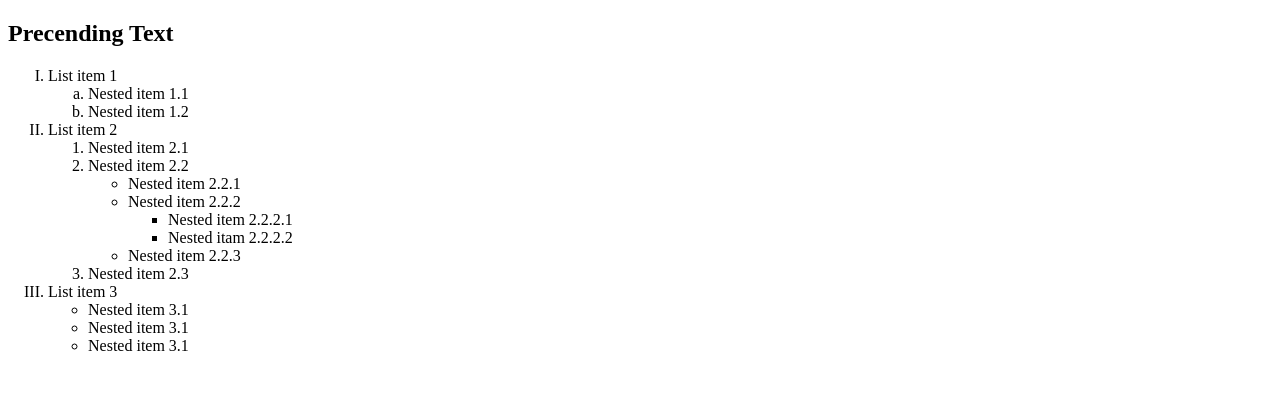
Repository: Rohit-sharma9838/myself
Page: Qspider/list2.html
The author's editor kept a copy of each file at every save. The page is drawn from the files as they stood at one save, then again after the next save.
The browser window is 1280 px wide. The pictures show the whole page.

Above is the page before, as saved 2025-08-16 20:22:01.

After the next save:
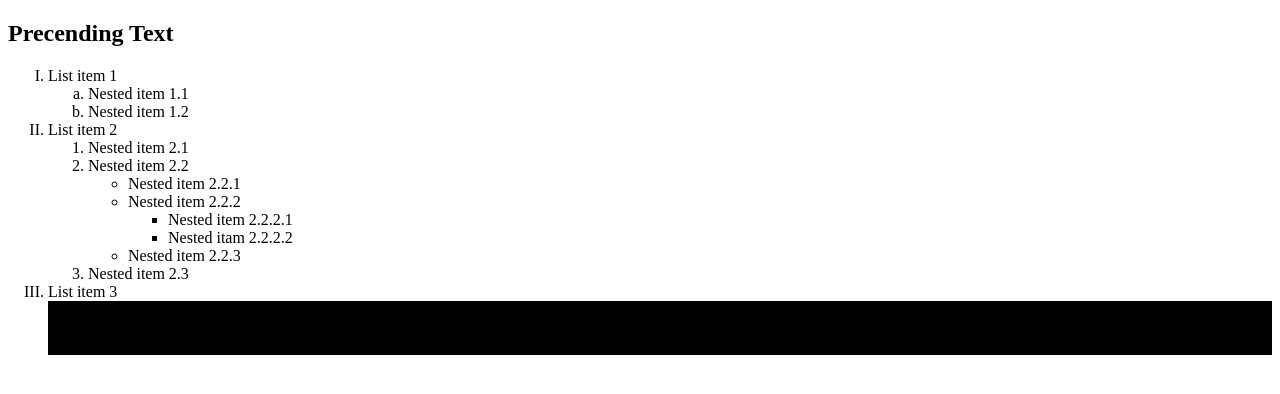
Saved 53 s later.
--- a/Qspider/list2.html
+++ b/Qspider/list2.html
@@ -29,7 +29,7 @@
             <li>Nested item 2.3</li>
         </ol>
         <li>List item 3</li>
-        <ul type="circle" style="font-display: black;">
+        <ul type="circle" style="background-color: black;">
             <li>Nested item 3.1</li>
             <li>Nested item 3.1</li>
             <li>Nested item 3.1</li>

After the save that followed:
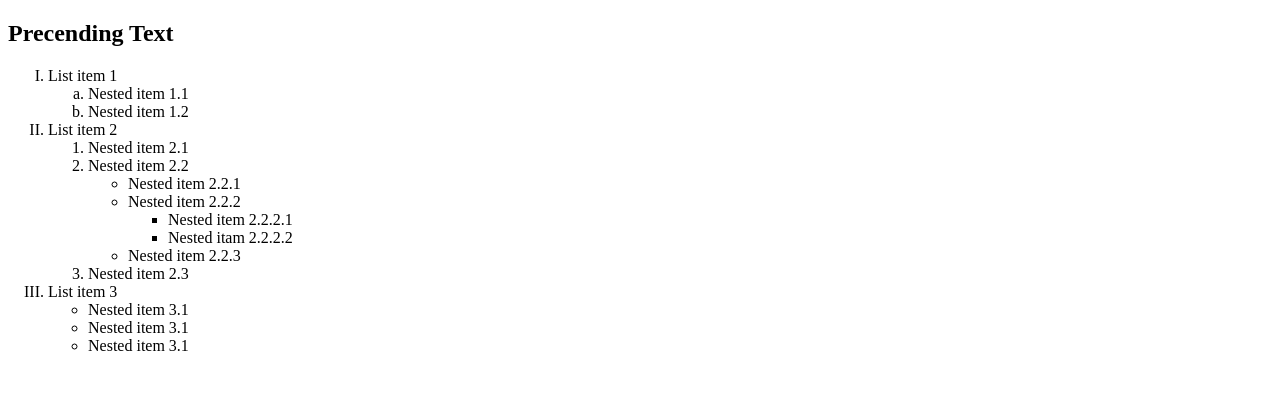
Saved 11 s later.
--- a/Qspider/list2.html
+++ b/Qspider/list2.html
@@ -29,7 +29,7 @@
             <li>Nested item 2.3</li>
         </ol>
         <li>List item 3</li>
-        <ul type="circle" style="background-color: black;">
+        <ul type="circle" style="">
             <li>Nested item 3.1</li>
             <li>Nested item 3.1</li>
             <li>Nested item 3.1</li>
